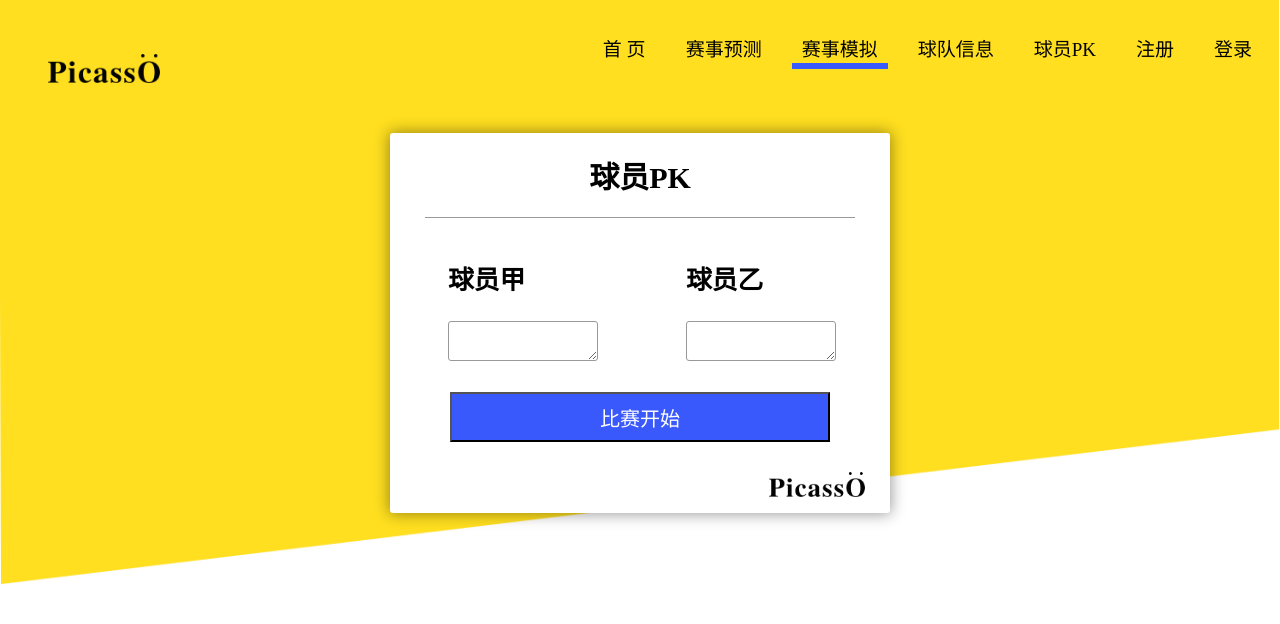
Repository: cciixx/nba-prediction-sys
Page: public/1V1.html
The author's editor kept a copy of each file at every save. The page is drawn from the files as they stood at one save, then again after the next save.
The browser window is 1280 px wide. The pictures show the whole page.

Above is the page before, as saved 2020-04-03 20:47:56.

After the next save:
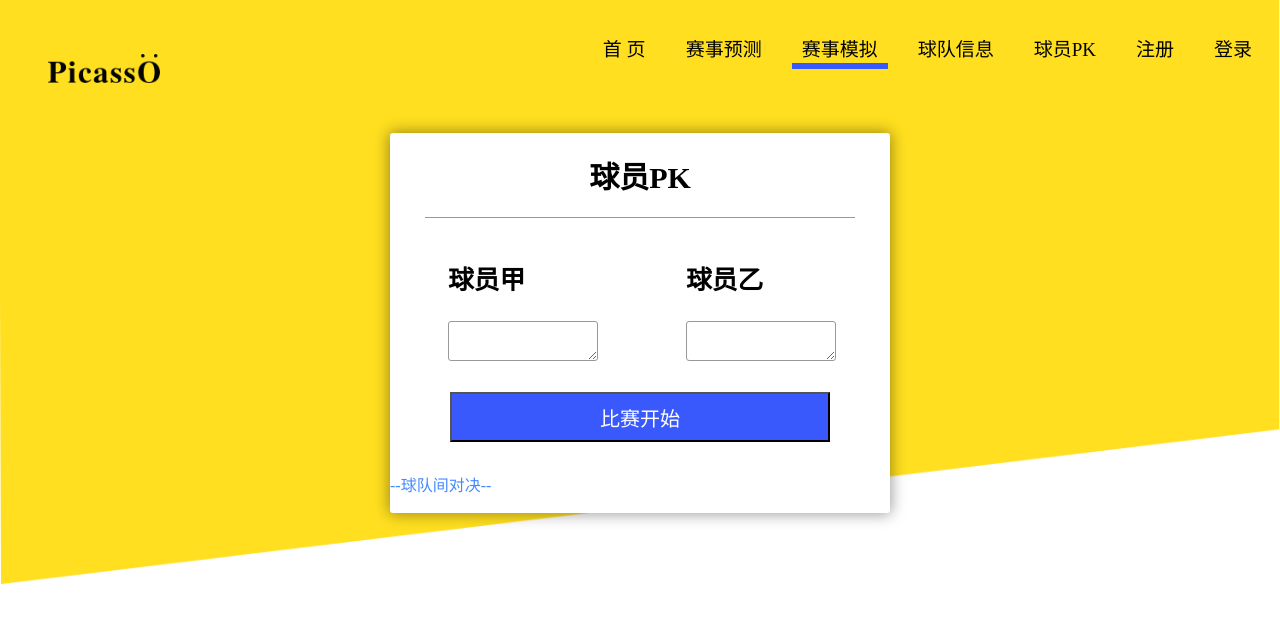
Saved 5 min 41 s later.
--- a/public/1V1.html
+++ b/public/1V1.html
@@ -30,12 +30,12 @@
         <div class="bg">
             <h2>球员PK</h2>
             <div style="overflow: hidden;">
-                <div class='box'><h3>球员甲</h3><textarea></textarea></div>
-                <div class='box'><h3>球员乙</h3><textarea></textarea></div>
+                <div class='box'><h3>球员甲</h3><textarea id="player1"></textarea></div>
+                <div class='box'><h3>球员乙</h3><textarea id="player2"></textarea></div>
             </div>
             <div id="live_text"></div>
             <div style="text-align: center;"><input class="btn" type="submit" id="live" value="比赛开始"></div>
-            <img src="images/logo.png">
+            <p><a href="live_index.html" style="text-decoration: none;font-size: 16px;color: #448aff;">--球队间对决--</a></p>
         </div>
     </div>
 
